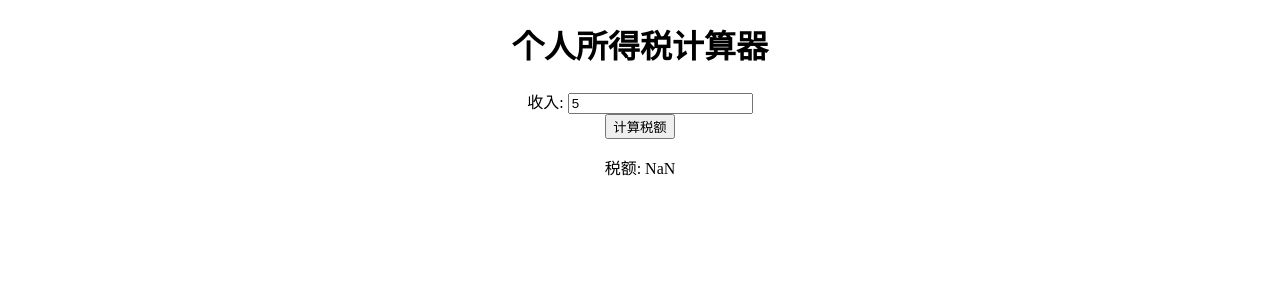
Repository: MarchRory/software_architecture_lab4
Page: taxService/tax/template/taxCaculator.html
The author's editor kept a copy of each file at every save. The page is drawn from the files as they stood at one save, then again after the next save.
The browser window is 1280 px wide. The pictures show the whole page.
Empty fields were first filled with sample values (such as "Sample", 5 or name@example.com).
After loading, the first visible `button` was clicked once.

Above is the page before, as saved 2023-11-19 11:03:01.

### taxService/tax/template/taxCaculator.html
<!DOCTYPE html>
<html>
<head>
  <title>个人所得税计算器</title>
  <script>
    function calculateTax() {
      // 获取收入输入框的值
      var income = document.getElementById("income").value;

      // 定义税率和扣除数
      var taxBrackets = [0, 36000, 144000, 252000, 360000, 660000, 960000, Infinity];
      var taxRates = [0, 0.03, 0.1, 0.2, 0.25, 0.3, 0.35, 0.45];
      var deductions = [0, 2520, 16920, 31920, 52920, 85920, 181920, Infinity];

      // 计算应税所得额
      var taxableIncome = income - deductions[7] - 5000 * 12;

      // 计算税额
      var tax = 0;
      for (var i = 0; i < taxBrackets.length - 1; i++) {
        if (taxableIncome <= taxBrackets[i]) {
          tax = taxableIncome * taxRates[i];
          break;
        } else {
          tax += (taxBrackets[i] - taxBrackets[i - 1]) * taxRates[i];
        }
      }
      console.log(tax)
      // 显示结果
      document.getElementById("tax").innerHTML = "税额: " + tax.toFixed(2);
    }
  </script>
</head>
<body align="center">
  <h1>个人所得税计算器</h1>

  <form>
    <label for="income">收入:</label>
    <input type="number" id="income" name="income" required>
    <br>
    <button type="button" onclick="calculateTax()">计算税额</button>
  </form>

  <p id="tax"></p>
</body>
</html>

After the next save:
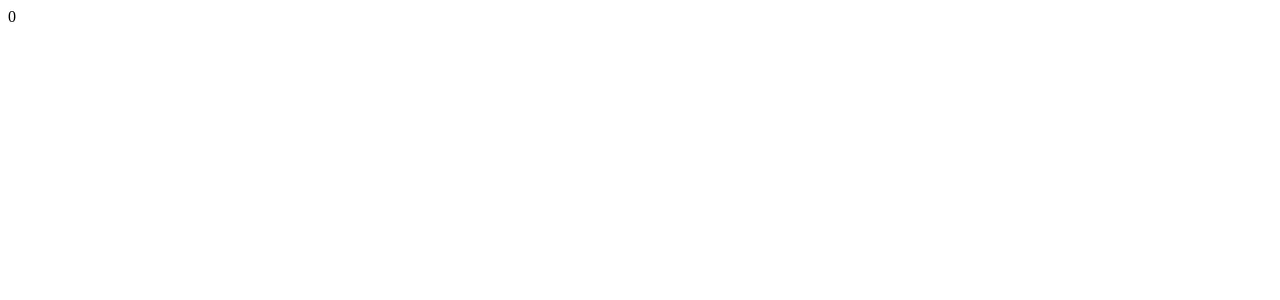
Console error: TypeError: Cannot set properties of null (setting 'innerHTML')
Saved 20 s later.
--- a/taxService/tax/template/taxCaculator.html
+++ b/taxService/tax/template/taxCaculator.html
@@ -18,6 +18,7 @@
       // 计算税额
       var tax = 0;
       for (var i = 0; i < taxBrackets.length - 1; i++) {
+        document.write(tax)
         if (taxableIncome <= taxBrackets[i]) {
           tax = taxableIncome * taxRates[i];
           break;

After the 2 saves that followed:
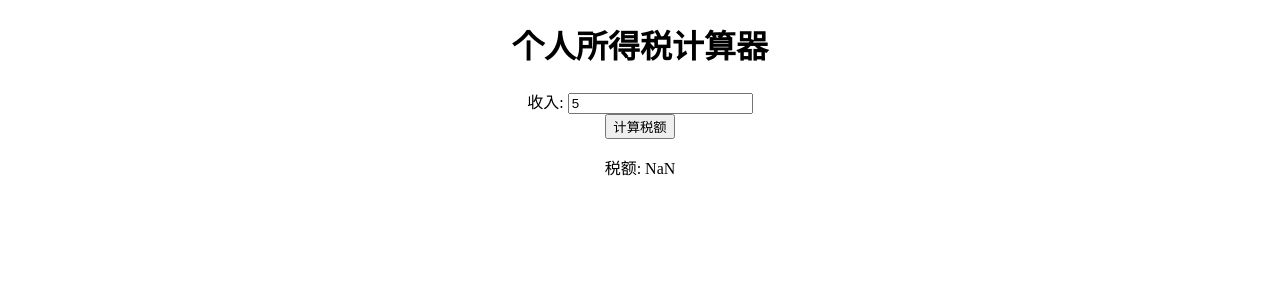
The error is gone.
The 2 saves are shown as one change because 1 left the picture as it was.
The last was saved 47 s later.
--- a/taxService/tax/template/taxCaculator.html
+++ b/taxService/tax/template/taxCaculator.html
@@ -16,9 +16,8 @@
       var taxableIncome = income - deductions[7] - 5000 * 12;
 
       // 计算税额
-      var tax = 0;
+      let  tax = 0;
       for (var i = 0; i < taxBrackets.length - 1; i++) {
-        document.write(tax)
         if (taxableIncome <= taxBrackets[i]) {
           tax = taxableIncome * taxRates[i];
           break;
